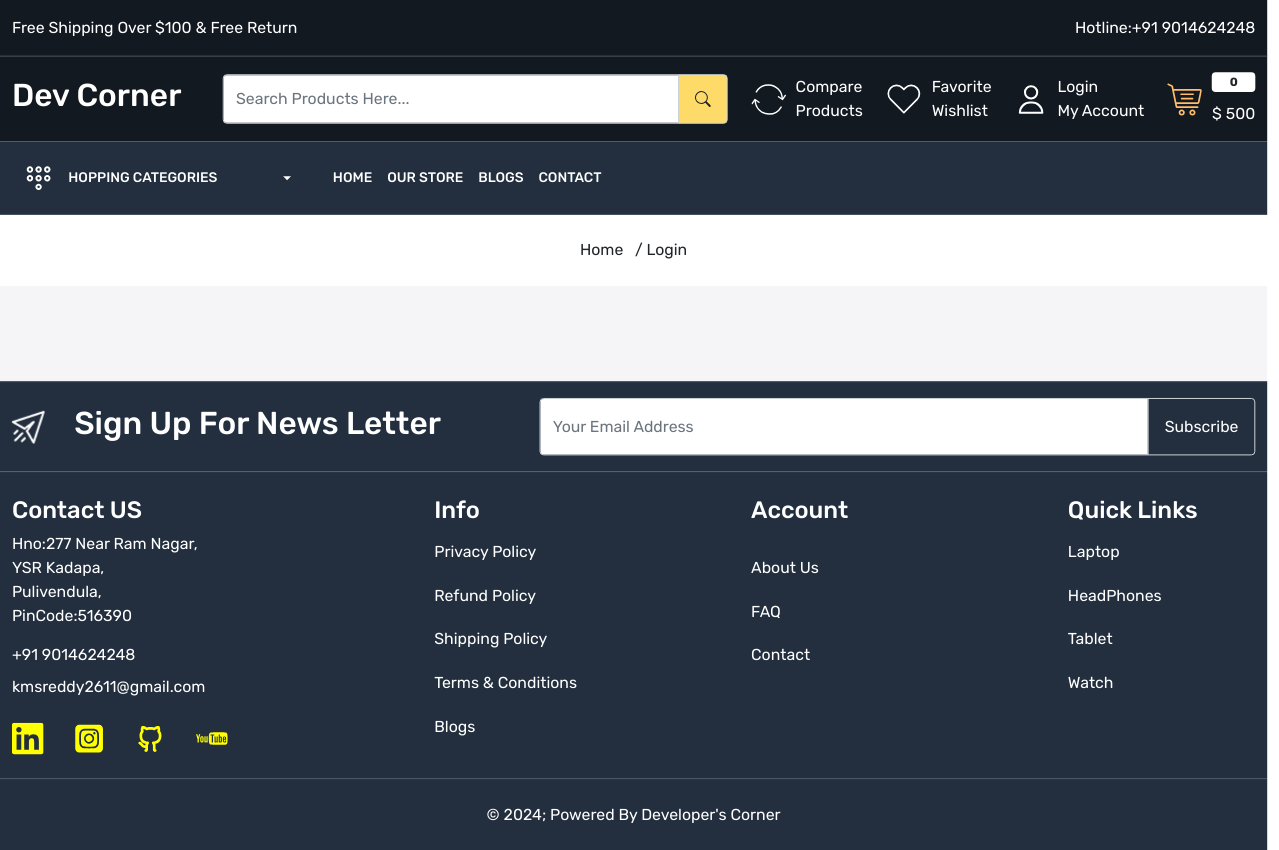
Repository: maniheist/ecommerce-app
Page: /login
An editor plug-in stored every save of this project. The page is shown before and after the next save, followed by the edit.
The browser window is 1280 px wide. The page is 1280 px wide, then 1292 px, so the pictures cover 1292 px, including what lies to the right of the window. The pictures show the whole page, at 99% of full size.
The project was rebuilt for these pictures with package versions that can differ from the ones it lists, and the page was loaded fresh each time. Also part of the build but not shown: src/components/BlogCard.js, src/components/ProductCard.js, src/components/SpecialProduct.js, src/pages/Home.js, src/pages/About.js, src/pages/Contact.js, src/components/Color.js, src/pages/OurStore.js and 3 more.

Above is the page before, as saved 2024-02-20 15:06:18.

After the next save:
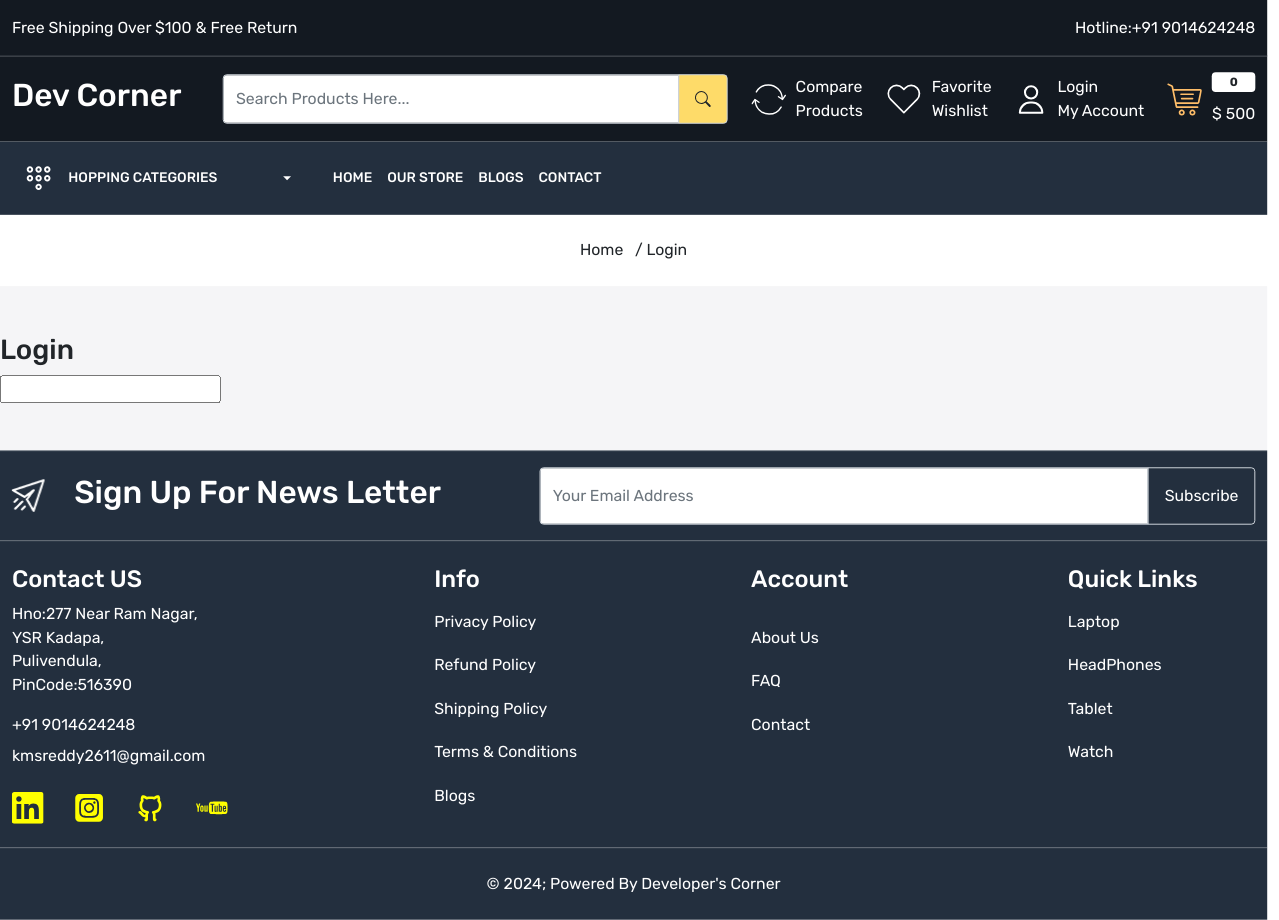
Saved 68 s later.
--- a/src/pages/Login.js
+++ b/src/pages/Login.js
@@ -8,7 +8,12 @@
     <div className='login-wrapper py-5 home-wrapper-2'>
         <div className='row'>
             <div className='col-12'>
-
+                <div className='login-card'>
+                    <h3>Login</h3>
+                    <form type="">
+                        <div><input type='form'></input></div>
+                    </form>
+                </div>
             </div>
         </div>
     </div>
